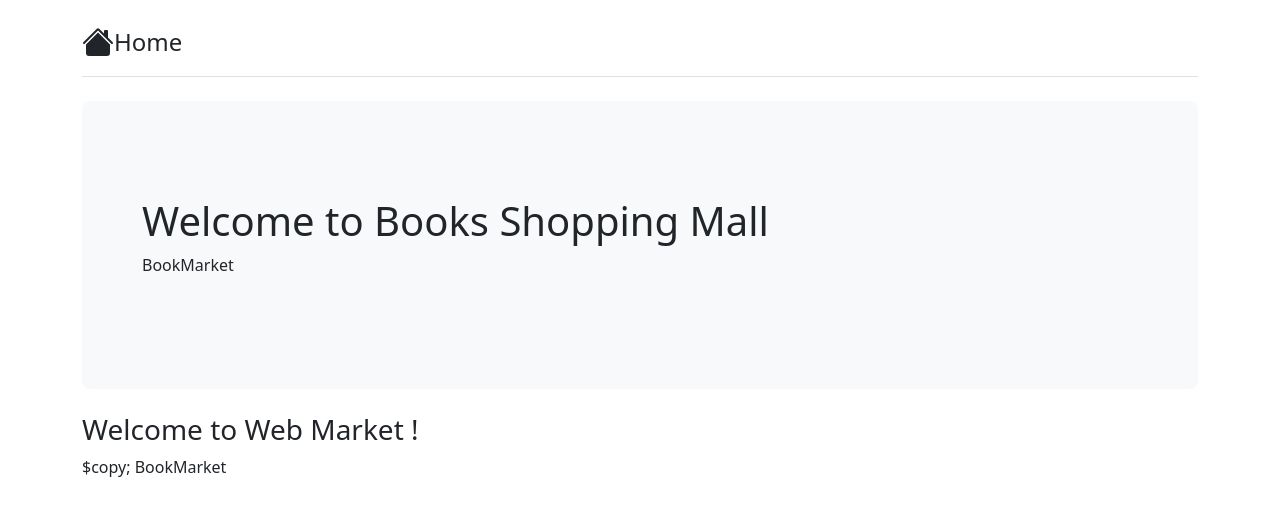
Repository: man332414/myJspStudy
Page: http://localhost/bookmarket/
An editor plug-in stored every save of this project. The page is shown before and after the next save, followed by the edit.
The browser window is 1280 px wide. The pictures show the whole page.
The page is served by Tomcat 10.

Above is the page before, as saved 2024-10-08 02:37:20.

After the next save:
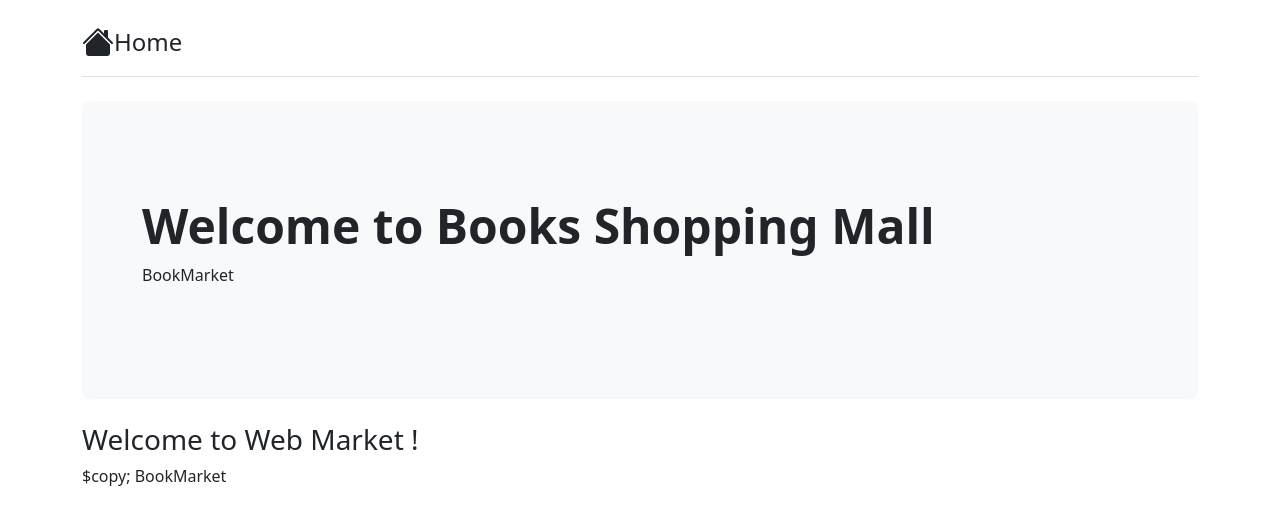
Saved 43 s later.
--- a/bookmarket/src/main/webapp/welcome.jsp
+++ b/bookmarket/src/main/webapp/welcome.jsp
@@ -24,7 +24,7 @@
 		%>
 		<div class = "p-5 mb-4 bg-body-tertiary rounded-3">
 			<div class = "container-fluid py-5">
-				<h1><%=greeting %></h1>
+				<h1 class = "display-5 fw-bold"><%=greeting %></h1>
 				<p>BookMarket</p>
 			</div>
 		</div>
